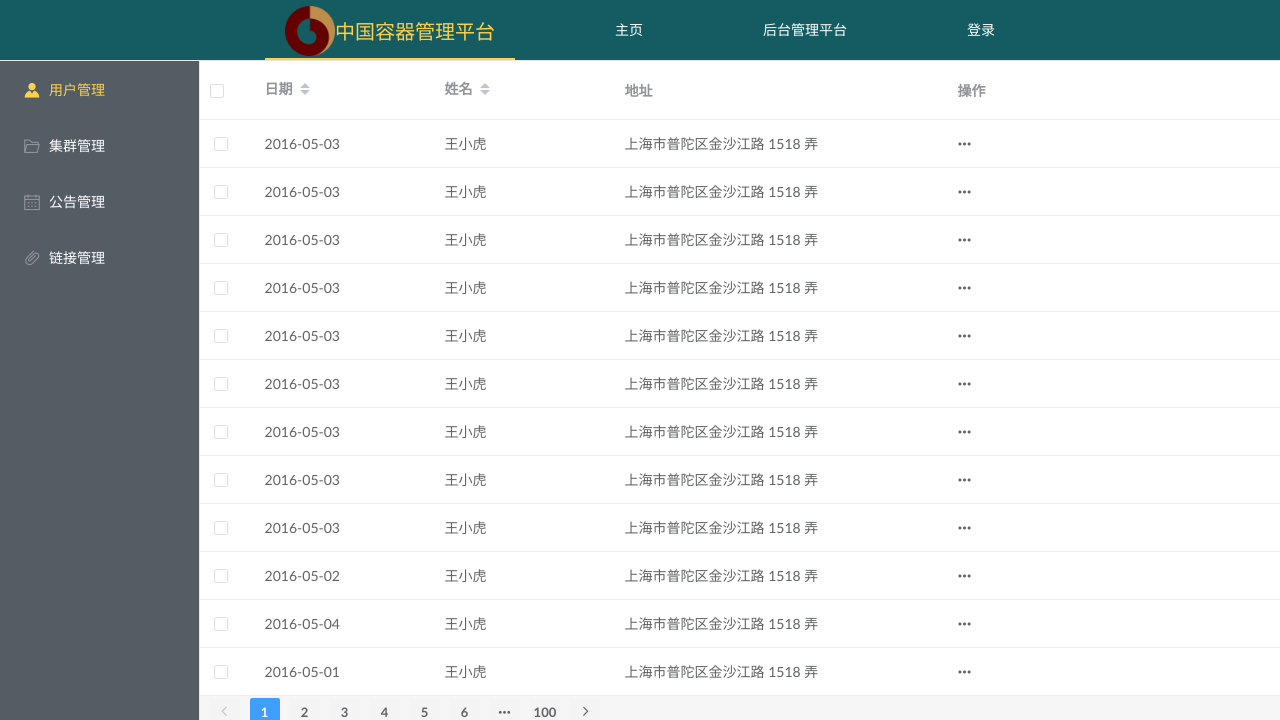
Repository: lei123zhou/zhongjin
Page: /main/management/user
An editor plug-in stored every save of this project. The page is shown before and after a run of saves, followed by the edit.
The browser window is 1280 px wide. The pictures show the whole page.
The project was rebuilt for these pictures with package versions that can differ from the ones it lists, and the page was loaded fresh each time. Also part of the build but not shown: vue.config.js.

Above is the page before, as saved 2022-08-29 22:11:01.

After the next 2 saves:
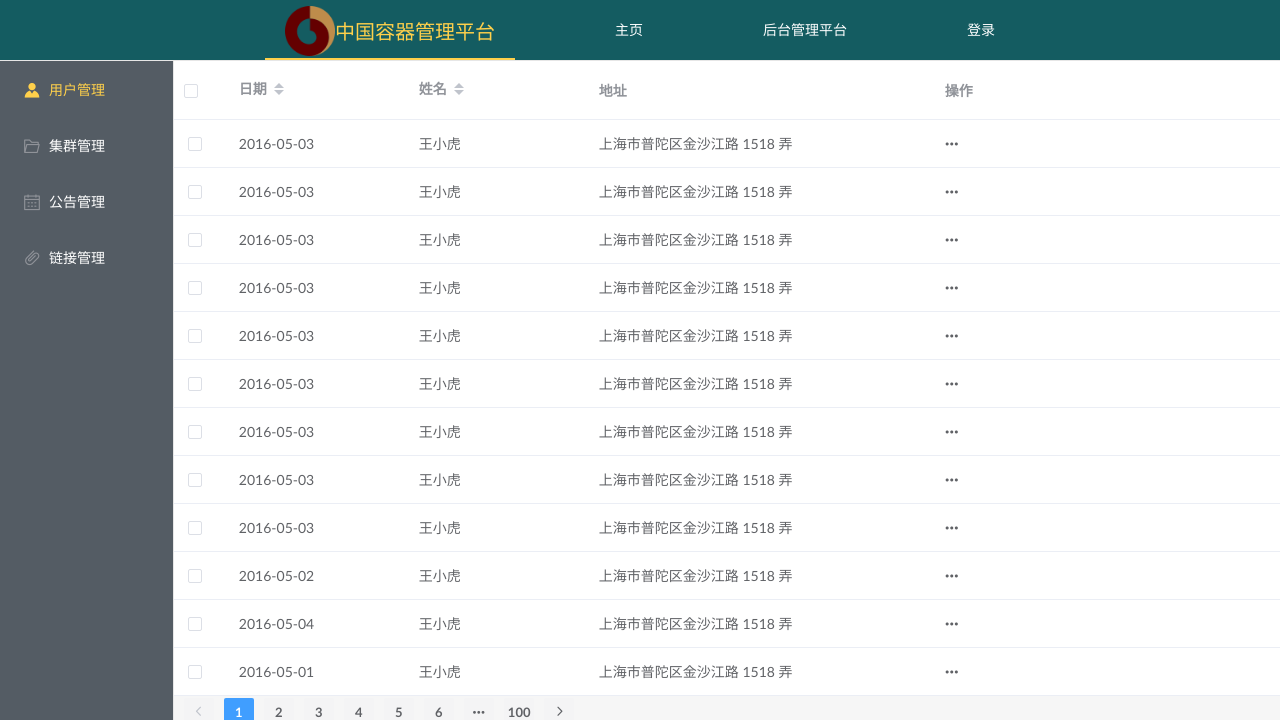
The 2 saves are shown as one change because they came seconds apart.
The last was saved 15 s later.
--- a/src/pages/management/user/UserPage.vue
+++ b/src/pages/management/user/UserPage.vue
@@ -142,6 +142,6 @@ export default {
 
 <style lang="less" scoped>
 .user{
-    width: 85%;
+    width:100%;
 }
 </style>
